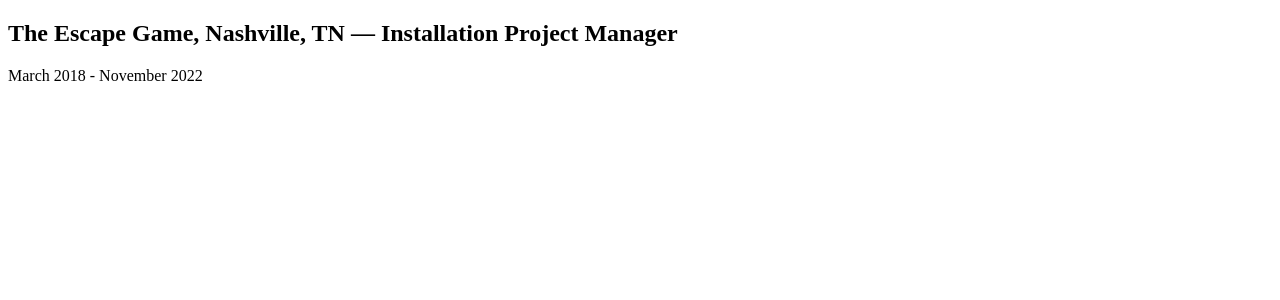
Repository: jgramirez0210/LAB-HTML-Resume
Page: index.html
The author's editor kept a copy of each file at every save. The page is drawn from the files as they stood at one save, then again after the next save.
The browser window is 1280 px wide. The pictures show the whole page.

Above is the page before, as saved 2023-10-09 21:23:02.

After the next save:
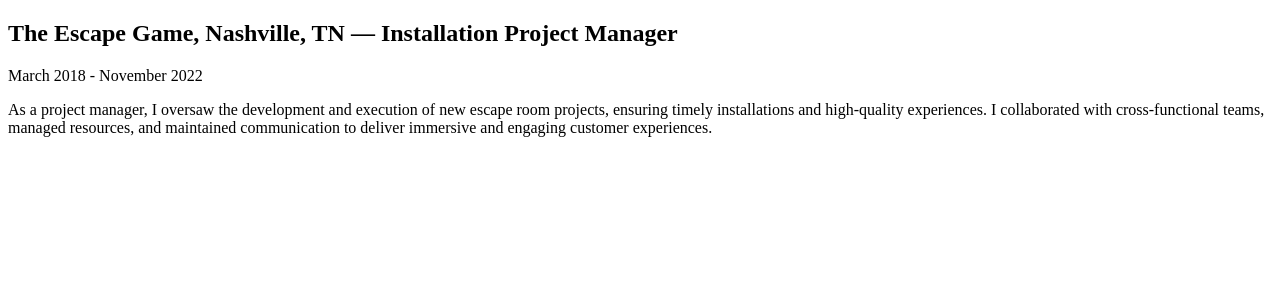
Saved 8 s later.
--- a/index.html
+++ b/index.html
@@ -9,7 +9,7 @@
   <article>
     <h2>The Escape Game, Nashville, TN — Installation Project Manager </h2>
     <time datetime="2018-03" >March 2018</time> - <time datetime="2022-10" >November 2022</time></time>
-    <p></p>
+    <p>As a project manager, I oversaw the development and execution of new escape room projects, ensuring timely installations and high-quality experiences. I collaborated with cross-functional teams, managed resources, and maintained communication to deliver immersive and engaging customer experiences.</p>
   </article>
 </body>
 </html>
